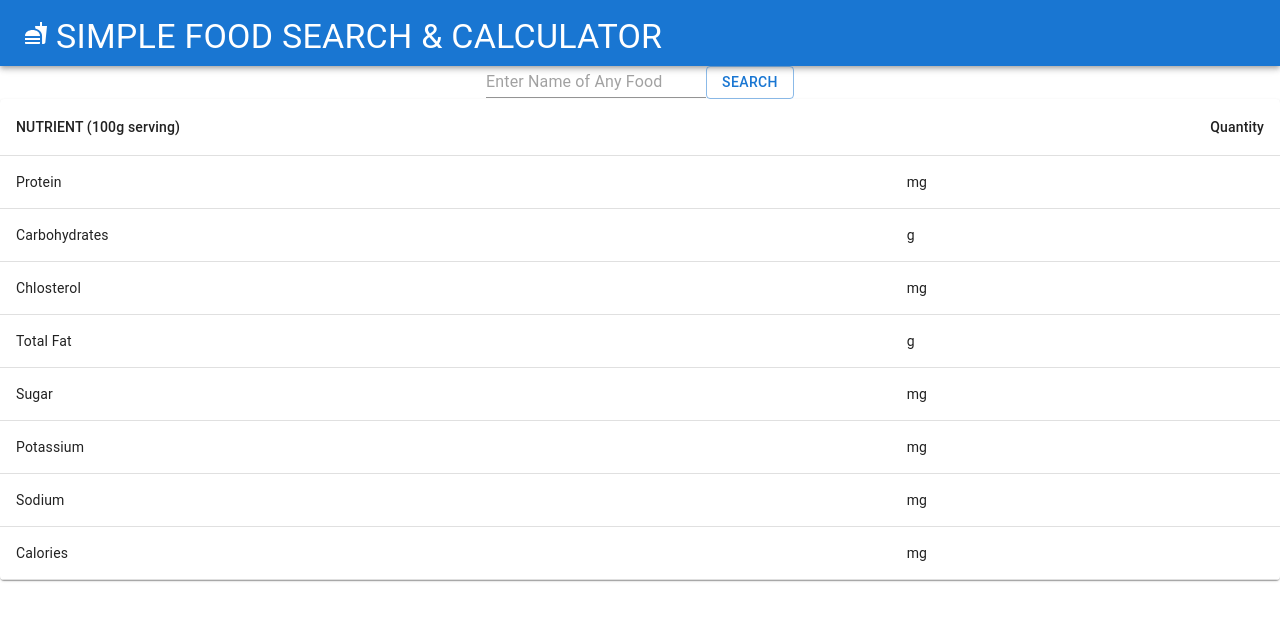
Repository: Mikerr21/Diet-Nutrition-API
Page: /
The author's editor kept a copy of each file at every save. The page is drawn from the files as they stood at one save, then again after the next save.
The browser window is 1280 px wide. The pictures show the whole page.
The project was rebuilt for these pictures with package versions that can differ from the ones it lists, and the page was loaded fresh each time.

Above is the page before, as saved 2022-09-21 15:43:50.

After the next save:
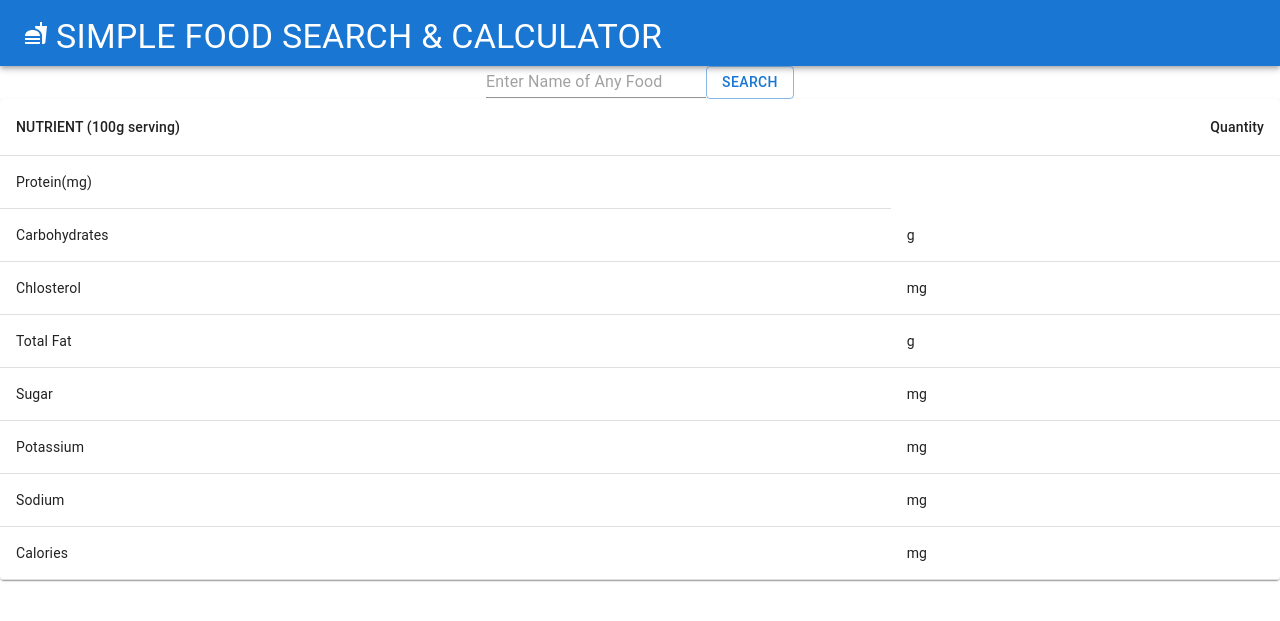
Saved 35 s later.
--- a/src/App.js
+++ b/src/App.js
@@ -105,11 +105,9 @@ function App() {
         <TableBody>
         <TableRow>
 									<TableCell>
-										Protein
+										Protein(mg)
 									</TableCell>
-									<TableCell>
-										 mg
-									</TableCell>
+
 								</TableRow>
                 <TableRow>
 									<TableCell>
